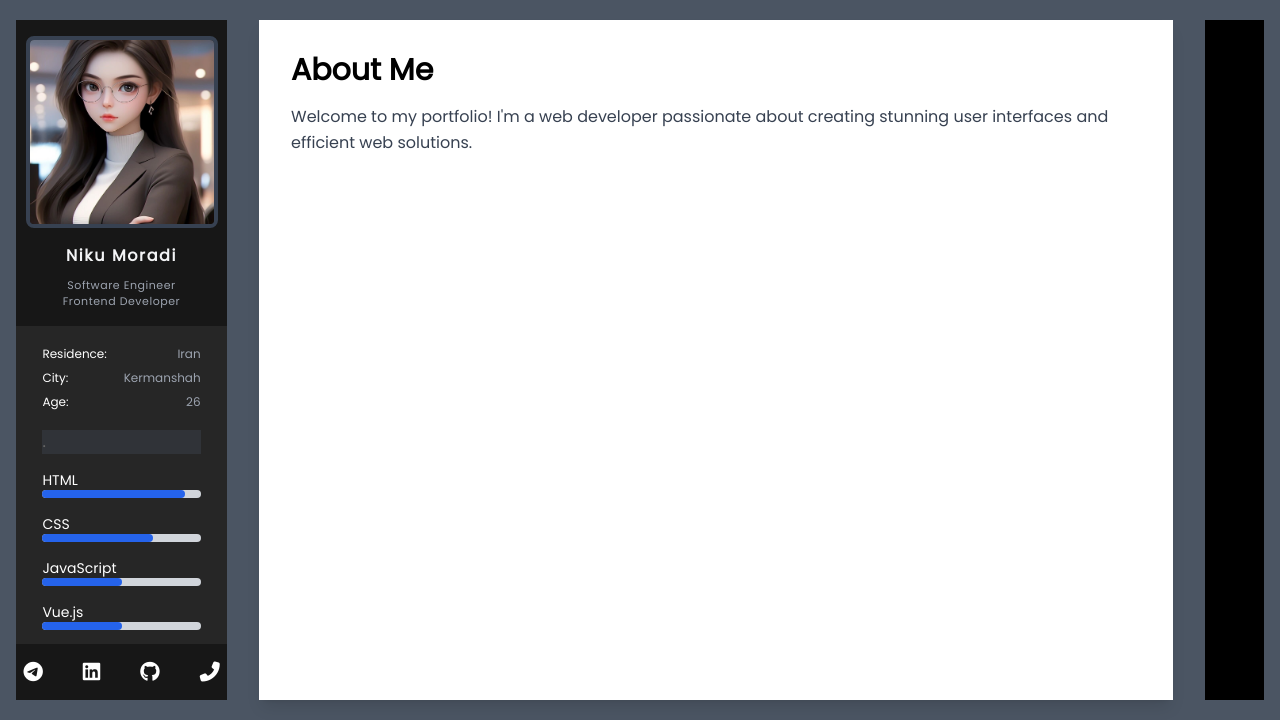
Repository: NikuMoradi/niku-moradi
Page: /
An editor plug-in stored every save of this project. The page is shown before and after the next save, followed by the edit.
The browser window is 1280 px wide. The pictures show the whole page.
The project was rebuilt for these pictures with package versions that can differ from the ones it lists, and the page was loaded fresh each time. The framework's server and built-in components were replaced by stand-ins that run in the browser. Also part of the build but not shown: nuxt.config.ts, components/Blog Posts/Component-Design.vue, components/Blog.vue, components/Contact.vue, components/Education.vue, components/Experience.vue, components/Hero.vue, components/Menu.vue and 3 more.

Above is the page before, as saved 2024-11-29 11:53:42.

After the next save:
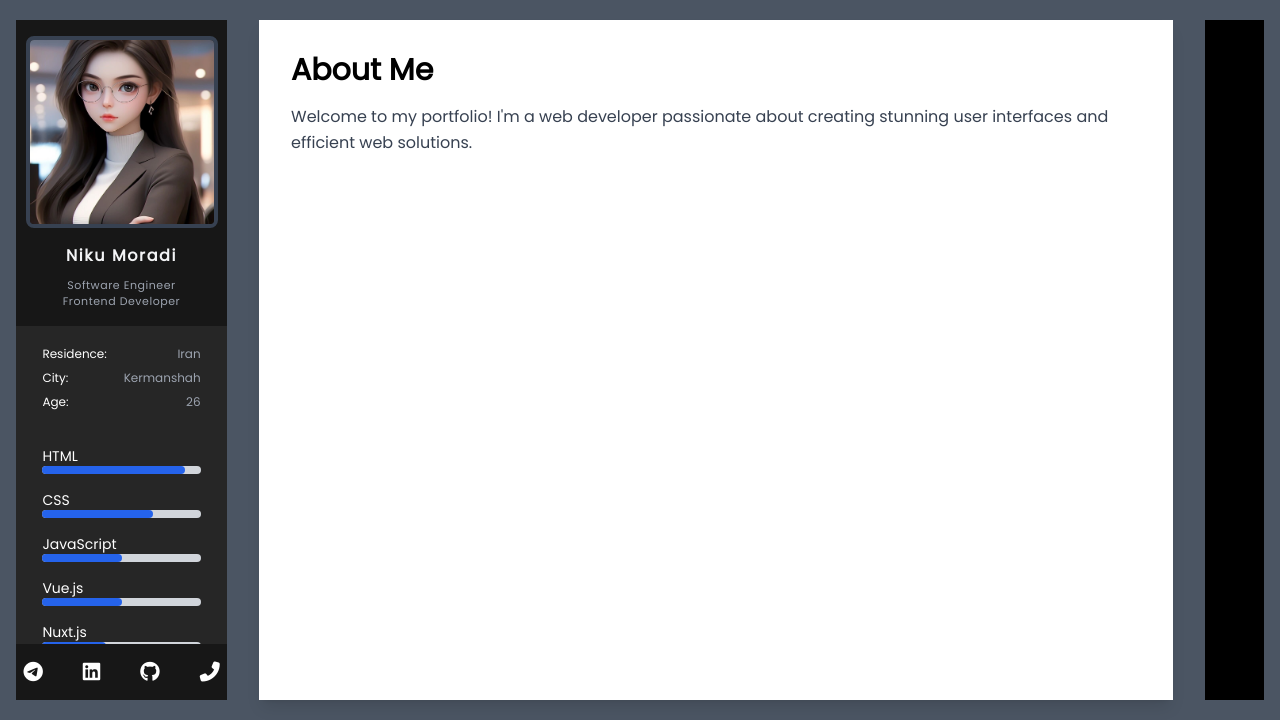
Saved 10 s later.
--- a/components/LeftPanel.vue
+++ b/components/LeftPanel.vue
@@ -48,7 +48,7 @@
         </ul>
       </div>
       <!-- divider -->
-      <div class="w-full h-1px bg-gray-600 opacity-30 mb-4">.</div>
+      <div class="w-full h-1px bg-gray-600 opacity-30 mb-4"></div>
       <!-- Skill Bars -->
       <div class="space-y-4 pb-5">
         <div>
